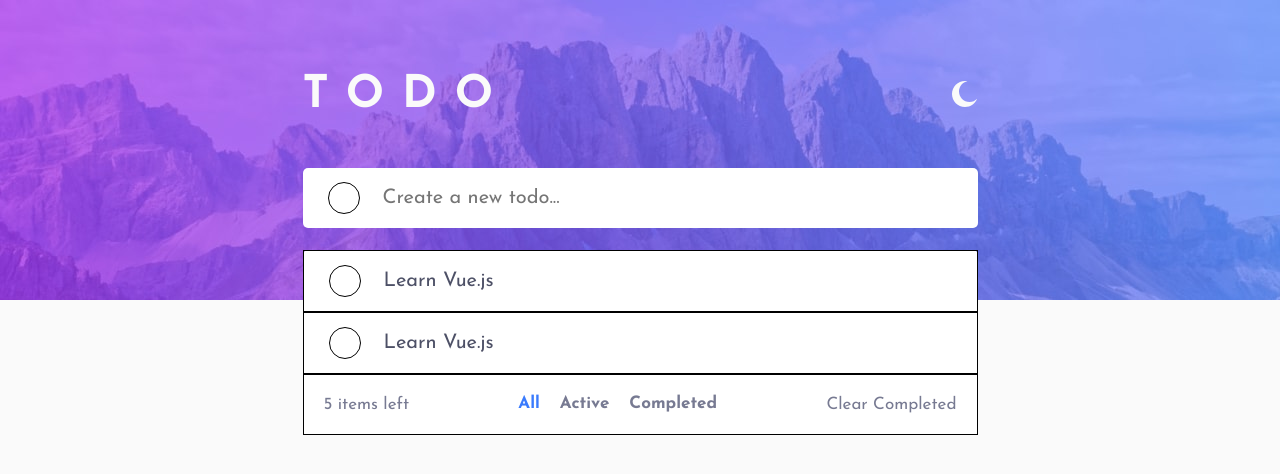
Repository: tomas938/todo-app
Page: /
An editor plug-in stored every save of this project. The page is shown before and after the next save, followed by the edit.
The browser window is 1280 px wide. The pictures show the whole page.
The project was rebuilt for these pictures with package versions that can differ from the ones it lists, and the page was loaded fresh each time.

Above is the page before, as saved 2021-08-18 12:06:56.

After the next save:
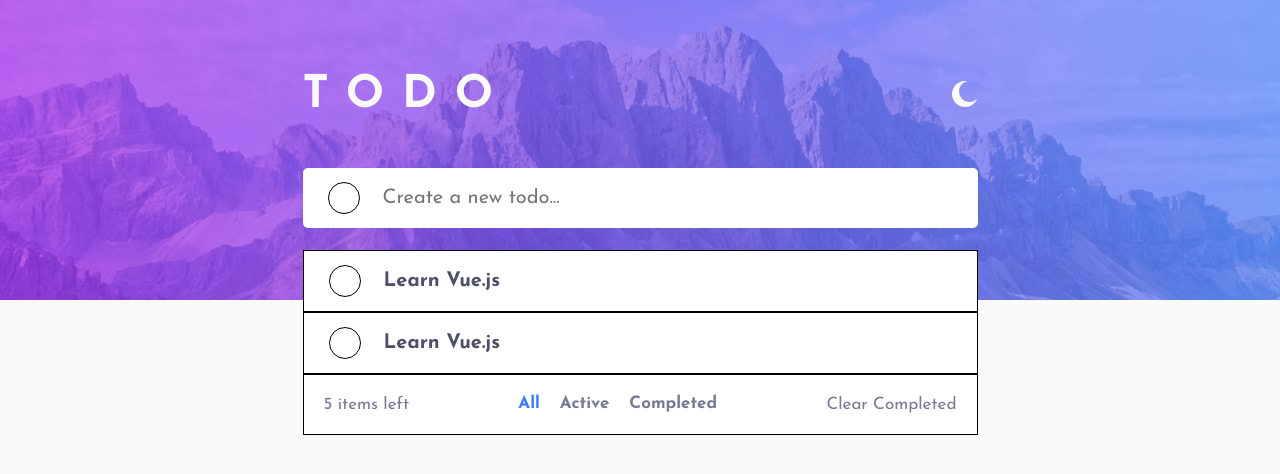
Saved 9 s later.
--- a/src/components/Todos.vue
+++ b/src/components/Todos.vue
@@ -49,7 +49,7 @@ main {
 	padding-left: 8rem;
 	font-size: 2rem;
 	font-family: $font-primary;
-	font-weight: $light;
+	font-weight: $bold;
 	color: var(--todo-text);
 	border: 1px solid black;
 
